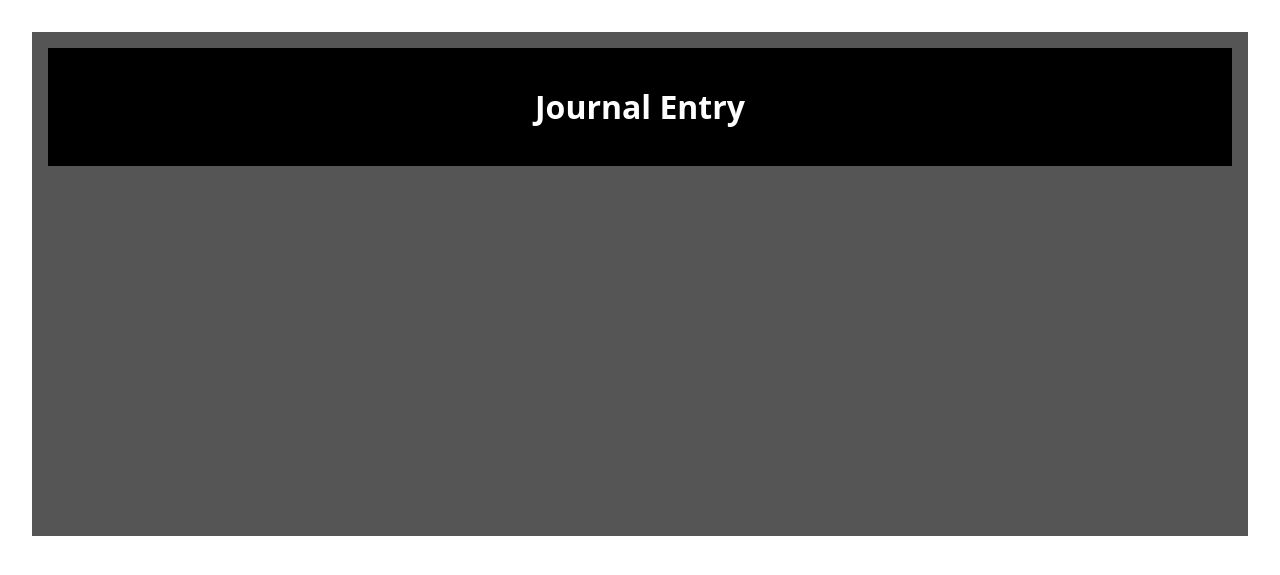
Repository: kestermbah/ai-journal
Page: /
The author's editor kept a copy of each file at every save. The page is drawn from the files as they stood at one save, then again after the next save.
The browser window is 1280 px wide. The pictures show the whole page.
The project was rebuilt for these pictures with package versions that can differ from the ones it lists, and the page was loaded fresh each time. Also part of the build but not shown: vite.config.ts, src/index.css.

Above is the page before, as saved 2024-12-24 20:44:02.

After the next save:
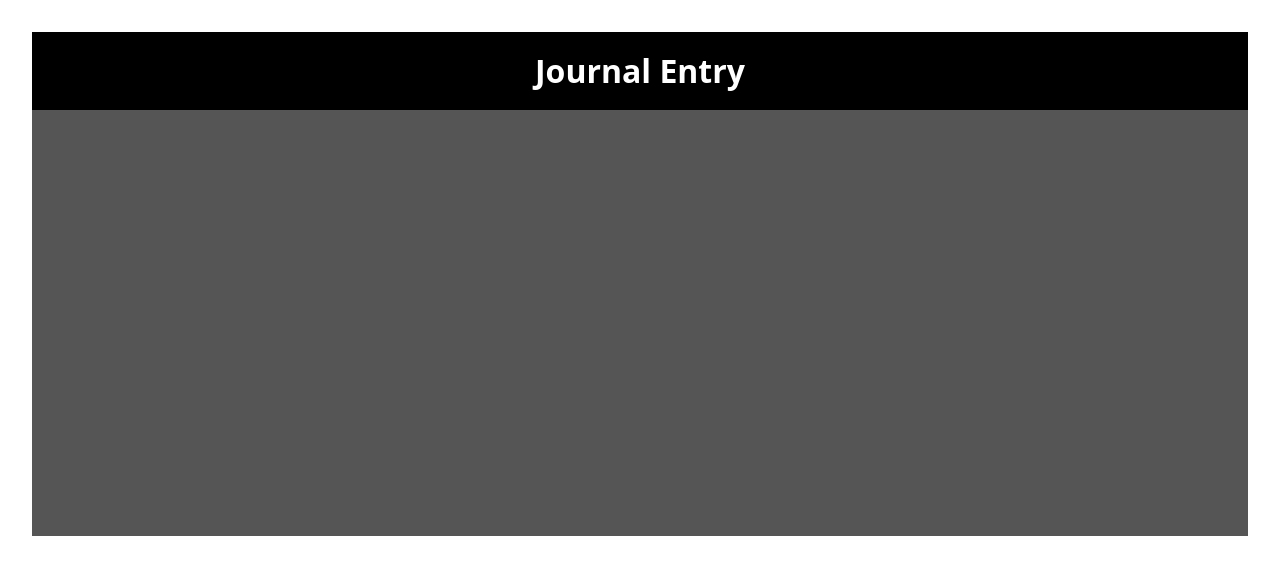
Saved 17 s later.
--- a/src/components/Journal.css
+++ b/src/components/Journal.css
@@ -4,11 +4,11 @@
     font-weight: bold;
     margin-bottom: 1rem;
     background-color: black;
-    padding: 40px;
+    padding: 20px;
 }
 
 .Journal {
     min-height: 70vh;
     background-color: rgba(0, 0, 0, 0.665);
-    padding: 1rem;
+
 }
